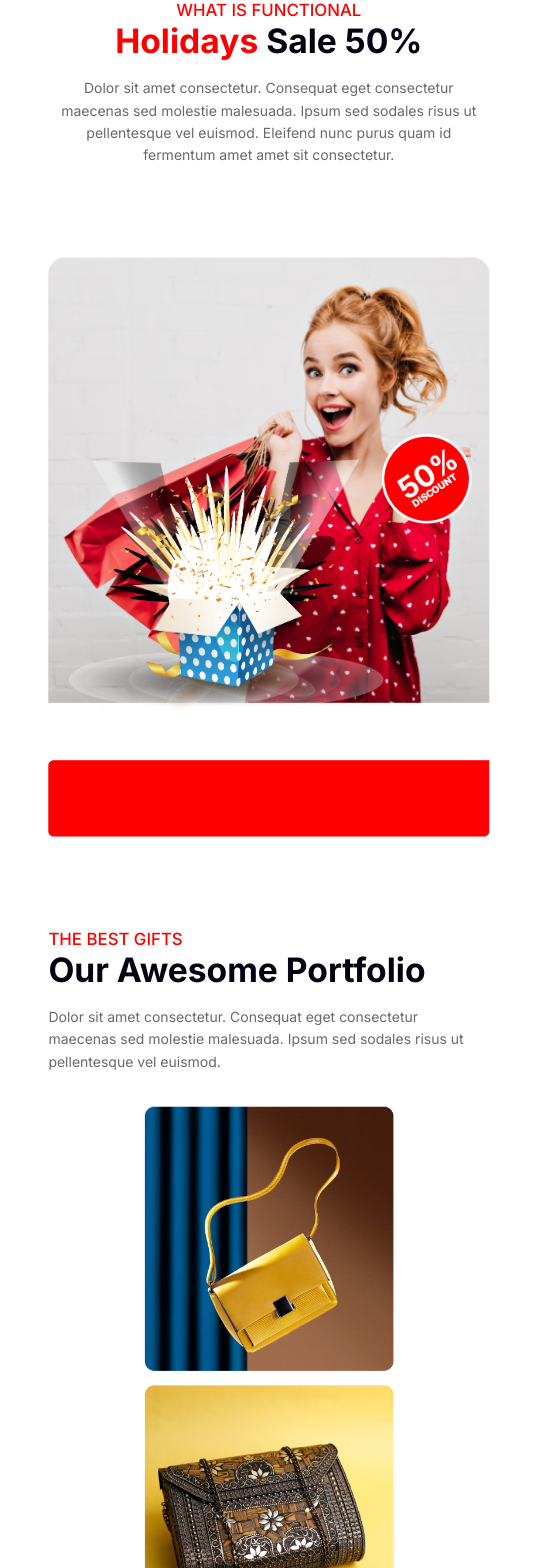
Repository: ShouravAhammed/simple-responsive-new-year
Page: index.html
An editor plug-in stored every save of this project. The page is shown before and after the next save, followed by the edit.
The browser window is 768 px wide. The pictures show the part of the page from y = 0 to 2240 px (the page is 5500 px tall), at 70% of full size.

Above is the page before, as saved 2024-01-11 18:40:10.

### index.html
<!DOCTYPE html>
<html lang="en">
<head>
    <meta charset="UTF-8">
    <meta name="viewport" content="width=device-width, initial-scale=1.0">
    <!-- Title  -->
    <title>New Year 2024</title>
    <!-- favicon icon linked -->
    <link rel="shortcut icon" href="images/New Year Photo.png" type="image/x-icon">
    <!-- style css linked-->
    <link rel="stylesheet" href="Style/style.css">
</head>
<body>
    <!-- header part  -->
    <header class="hide">
        <!-- banner section part -->
        <section id="banner">
            <div class="container">
                <div class="banner-container">
                    <div class="banner-content">
                        <h3 class="celebration">Happy New Year</h3>
                        <h2 class="banner-title">New Year Party Celebration</h2>
                    </div>
                </div>
            </div>
        </section>
    </header>
    <!-- main part -->
    <main>
        <!-- categories section part  -->
            <section id="categories hide" class="hide">
                <div class="container">
                    <div class="categories-container">
                        <h2 class="categories-discount">65% OFF</h2>
                        <p class="primary-summery">OUR HOLIDAY DEALS ARE BETTER</p>
                        <h3 class="categories-title">ALL CATEGORIES</h3>
                        <div class="categories-img">
                            <img id="new-year-img" src="images/New Year Photo.png" alt="Happy New Year">
                        </div>
                    </div>
                </div>
            </section>

            <!-- party-banner section part -->
            <section id="party-banner" class="hide">
                <div class="container">
                    <div class="party-container">
                        <div class="party-content">
                            <h2 class="party-title">Welcome to midnight party</h2>
                            <p class="party-description">Dolor sit amet consectetur. Consequat eget consectetur maecenas sed molestie malesuada. Ipsum sed sodales risus ut pellentesque vel euismod. </p>
                            <button id="join-now-btn">JOIN NOW</button>
                        </div>
                        <img class="party-img" src="images/icon/Group 70.png" alt="party-img">
                    </div>
                </div>
            </section>
            <!-- Announce section part -->
            <section id="announce" class="hide">
                <div class="container">
                    <div class="announce-content">
                        <h4 class="announce-title"><span class="title-color">Place:</span> New Park Hotel</h4>
                        <h4 class="announce-title"><span class="title-color">Date:</span> 31 December Night 2023</h4>
                        <h4 class="announce-title"><span class="title-color">Time:</span> Evening 7.30 pm to 12.30 am</h4>
                        <button class="announce-btn">Join Now</button>
                    </div>
                </div>
            </section>
            <!-- best offer section part -->
            <section id="best-offer" class="hide">
                <div class="container">
                    <div class="best-offer-container">
                        <div class="best-offer-content">
                            <p class="primary-summery">NEW BEST OFFER</p>
                            <h3 class="similer-title">Coming Soon</h3>
                            <p class="similer-description">Dolor sit amet consectetur. Consequat eget consectetur maecenas sed molestie malesuada. Ipsum sed sodales risus ut pellentesque vel euismod. </p>
                        </div>
                        <div class="best-offer-img-content">

                                <img class="best-offer-img" src="images/Ellipse 1.png" alt="best-offer-images">

                        </div>
                        <div class="best-offer-year-content">
                            <h3 class="best-offer-year">2024</h3>
                            <p class="best-offer-description">Dolor sit amet consectetur. Consequat eget consectetur maecenas sed.</p>
                            <img class="best-offer-year-img" src="images/icon/Group 96.png" alt="best-offer-year-img">
                        </div>
                    </div>
                </div>
            </section>
            <!-- holiday section part  -->
            <section id="holiday">
                <div class="container">
                    <div class="holiday-container">
                        <div class="holiday-content">
                            <p class="primary-summery">WHAT IS FUNCTIONAL</p>
                        <h3 class="similer-title"><span class="title-color">Holidays</span> Sale 50%</h3>
                        <p class="similer-description">Dolor sit amet consectetur. Consequat eget consectetur maecenas sed molestie malesuada. Ipsum sed
                            sodales risus ut pellentesque vel euismod. Eleifend nunc purus quam id
                            fermentum amet amet sit consectetur.</p>
                        </div>
                        <div class="holiday-back-img">
                            <div class="holiday-gift-content">
                                <img src="images/icon/Group 75.png" alt="">
                            </div>
                            <div class="holiday-discount-content">
                                <img src="images/icon/Group 44.png" alt="">
                            </div>
                        </div>
                        <div class="holiday-bottom">
                            <img src="images/Rectangle 2.png" alt="">
                        </div>
                    </div>
                </div>
            </section>
            <!-- Portfolio section part -->

            <section id="portfolio">
                <div class="container">
                    <div class="portfolio-container">
                        <div class="portfolio-box">
                            <p class="primary-summery">THE BEST GIFTS</p>
                            <h3 class="similer-title">Our Awesome Portfolio</h3>
                            <p class="similer-description description-padd">Dolor sit amet consectetur. Consequat eget consectetur maecenas sed molestie malesuada. Ipsum sed sodales risus ut pellentesque vel euismod. </p>
                        </div>
                            <div class="portfolio-content">
                                <img class="portfolio-img" src="images/Portfolio images/Rectangle 3.png" alt="">
                                <img class="portfolio-img" src="images/Portfolio images/Rectangle 4.png" alt="">
                                <img class="portfolio-img" src="images/Portfolio images/Rectangle 5.png" alt="">
                            </div>
                            <div class="portfolio-content">
                                <img class="portfolio-img" src="images/Portfolio images/Rectangle 6.png" alt="">
                                <img class="portfolio-img" src="images/Portfolio images/Rectangle 7.png" alt="">
                                <img class="portfolio-img" src="images/Portfolio images/Rectangle 8.png" alt="">
                            </div>
                        </div>
                    </div>
            </section>
            <!-- newsletter section part -->
            <section id="newsletter">
                <div class="container">
                    <div class="news-container">
                        <div class="news-content">
                            <img src="images/icon/Group 61.png" alt="">
                            <h3 class="similer-title">Subscribe Newsletter</h3>
                            <p class="similer-description description-mar">Dolor sit amet consectetur. Consequat eget consectetur maecenas sed molestie malesuada. Ipsum sed sodales risus ut pellentesque vel euismod. </p>
                            <form class="form" action="">
                                <input type="email" placeholder="user@gmail.com" alt="email" id="">
                                <button class="subscribe-btn">Subscribe</button>
                            </form>
                        </div>

                    </div>
                </div>
            </section>
    </main>
    <!--  footer part -->
    <footer>
        <section id="footer">
            <div class="container">
                <div class="footer-describe-part line-color">
                    <div class="footer-address">
                        <p class="address-similer">44, Big Building Roosevelt Street</p>
                        <p class="address-similer">Beach Gardens Florida 33410</p>
                    </div>
                    <div class="footer-address">
                        <div class="call-icon">
                            <img src="images/icon/Call.png" alt="">
                            <a class="address-similer">+00 123 584 124</a>
                        </div>
                        <div class="website-icon">
                            <img src="images/icon/Website.png" alt="">
                            <a class="address-similer">www.website.com</a>
                        </div>
                    </div>
                </div>

                <div class="footer-social line-color">
                    <a href=""><img src="images/icon/Facebook.png" alt=""></a>
                    <a href=""><img src="images/icon/Instagram.png" alt=""></a>
                    <a href=""><img src="images/icon/Twitter.png" alt=""></a>
                    <a href=""><img src="images/icon/Linkedin.png" alt=""></a>
                </div>

                <div class="reserved">
                    <p>2017, All Rights Reserved.</p>
                    <p>Unsubscribe</p>
                </div>
            </div>
        </section>
    </footer>
</body>
</html>

### Style/style.css
/* import google fonts */
@import url('https://fonts.googleapis.com/css2?family=Inter:wght@100;200;300;400;500;600;700;800;900&family=Merriweather:ital,wght@0,300;0,400;0,700;0,900;1,300;1,400;1,700;1,900&display=swap');

*{
    margin: 0;
    padding: 0;
    outline: 0;
}

.container{
    width: 82%;
    margin: 0 auto;
}
/* primary content */
.primary-summery{
    font-family: Inter;
    font-size: 24px;
    font-style: normal;
    font-weight: 500;
    color: #F00;
    line-height: normal;
}
/* title-color */
.title-color{
    color: #F00;
}
/* banner section related css style */
#banner{
    margin-top: 30px;
}
.banner-container{
    background-image: linear-gradient(180deg, #070211 0%, rgba(7, 2, 17, 0.00) 100%), url(../images/Banner\ Image.png);
    background-size: cover;
    background-repeat: no-repeat;
    background-position: center;
    border-radius: 16px;
    padding: 177px 0px;
}
.banner-container .banner-content{
    width: 632px;
    margin: 0 auto;
}
.banner-container .banner-content .celebration{
    color: #FFF;
    text-align: center;
    font-family: Merriweather;
    font-size: 32px;
    font-style: normal;
    font-weight: 400;
    line-height: normal;
    margin-bottom: 16px;
    z-index: 99;
}
.banner-container .banner-content .banner-title{
    color: #FFF;
    text-align: center;
    font-family: Merriweather;
    font-size: 72px;
    font-style: normal;
    font-weight: 900;
    line-height: 95px;
}
/* categories section related css style */

#categories{
    margin: 120px 0px;
}
.categories-container{
    text-align: center;
}
.categories-container .categories-discount{
    font-family: Inter;
    font-size: 88px;
    font-style: normal;
    font-weight: 700;
    color: #F00;
    line-height: normal;
    margin-bottom: 48px;
}

.categories-title{
    font-family: Inter;
    font-size: 48px;
    font-style: normal;
    font-weight: 700;
    color: #070211;
    line-height: normal;
    margin-bottom: 48px;
}
.categories-container .categories-img{
    width: 800px;
    margin: 0 auto;
}
.categories-img #new-year-img{
    max-width: 100%;
}

/* party-banner section css style  */
#party-banner{

}
.party-container{
    background-image: linear-gradient(90deg, #070211 0%, rgba(7, 2, 17, 0.00) 100%), url(../images/Vectorrr.png);
    background-position: center;
    background-repeat: no-repeat;
    background-size: cover;
    display: flex;
    align-items: center;
    justify-content: space-between;
    border-radius: 16px;
    padding: 70px 70px;
}
.party-container .party-content{
    width: 900px;
}
.party-content .party-title{
    font-family: Merriweather;
    font-size: 64px;
    font-style: normal;
    font-weight: 900;
    color: #FFF;
    line-height: 88px;
    letter-spacing: 3px;
}
.party-content .party-description{
    font-family: Inter;
    font-size: 18px;
    font-style: normal;
    font-weight: 400;
    color: rgba(255, 255, 255, 0.80);
    line-height: 30px;
    margin-top: 20px;
}
#join-now-btn{
    font-family: Inter;
    font-size: 20px;
    font-style: normal;
    font-weight: 700;
    color: #FFF;
    background: transparent;
    line-height: normal;
    text-transform: uppercase;
    border: none;
    cursor: pointer;
    margin-top: 48px;
    margin-left: 32px;
}
.party-container .party-img{
    width: 270px;
    max-width: 100%;
}

/* Announce section css style */

#announce{
    margin: 120px 0px;
}
.announce-content{
    background: linear-gradient(180deg, rgba(255, 0, 0, 0.10) 0%, rgba(255, 0, 0, 0.00) 100%);
    padding: 100px 0;
    text-align: center;
}
.announce-content .announce-title{
    color: #070211;
    font-family: Inter;
    font-size: 32px;
    font-style: normal;
    font-weight: 600;
    line-height: 56px;
    text-transform: capitalize;
}
.announce-btn{
    font-family: Inter;
    font-size: 20px;
    font-style: normal;
    font-weight: 700;
    line-height: normal;
    color: #FFF;
    text-align: center;
    text-transform: uppercase;
    border-radius: 8px;
    background: #F00;
    padding: 16px 32px;
    border: none;
    cursor: pointer;
    transition: all ease 0.5s;
    margin-top: 48px;
}
.announce-btn:hover{
    background: #fff;
    color: #f00;
    outline: 1px solid #F00;
}
/* best-offer section style css */
#best-offer{
    margin-bottom: 128px;
}
.similer-title{
    font-family: Inter;
    font-size: 48px;
    font-style: normal;
    font-weight: 700;
    color: #070211;
    line-height: normal;
}
.similer-description{
    font-family: Inter;
    font-size: 20px;
    font-style: normal;
    font-weight: 400;
    color: rgba(7, 2, 17, 0.60);
    line-height: 32px;
    margin-top: 22px;
}
.best-offer-container{
    display: flex;
    align-items: center;
    gap: 20px;
}
.best-offer-content{
    width: 700px;
}
.best-offer-img-content{
    min-height: 350px;
    min-width: 350px;
    border: 15px solid #f00;
    border-radius: 50%;
    position: relative;
    position: relative;
}
.best-offer-img-content .best-offer-img{
    position: absolute;
    width: 270px;
    inset: 41px;
}
.best-offer-year-content .best-offer-year{
    font-family: Inter;
    font-size: 48px;
    font-style: normal;
    font-weight: 700;
    color: #F00;
    line-height: normal;
    margin-top: 65px;
}
.best-offer-year-content .best-offer-description{
    margin-top: 10px !important;

}
.best-offer-year-content{
    width: 500px;
}
.best-offer-year-content .best-offer-year-img{
    max-width: 140px;
    margin-top: 38px;
}


/*  portfolio section css style */
.portfolio-container{

}
.portfolio-container .description-padd{
    margin-bottom: 48px ;
}
.portfolio-container .portfolio-content{
    display: flex;
    align-items: center;
    justify-content: space-between;
    margin-top: 20px;
}
.portfolio-box{
    width: 896px;
}
.portfolio-container .portfolio-content .portfolio-img{
    max-width: 355px;
    transition: all ease 0.5s;
}
.portfolio-content .portfolio-img:hover{
    filter: grayscale(1);
    transform: scale(1.05);
}
/* newsletter section css style  */
#newsletter{
    margin: 128px 0px;
}
.news-container{
    border-radius: 16px;
    background: rgba(255, 0, 0, 0.05);
    padding: 80px 0px;
}
.news-content{
    width: 896px;
    margin: 0 auto;
    text-align: center;
}
.news-content img{
    width: 150px;
    height: 150px;
}
.form{
    width: 648px;
    height: 72px;
    display: flex;
    margin: 0 auto;
}
.form input{
    background: #fff;
    width: 438px;
    flex-grow: 1;
    color: rgba(7, 2, 17, 0.30);
    font-family: Inter;
    font-size: 18px;
    font-style: normal;
    font-weight: 400;
    line-height: normal;
    padding-top: 25px;
    padding-bottom: 25px;
    padding-left: 30px;
    border: none;
    border-radius: 50px 0px 0px 50px;
    outline: 1px transparent;
    transition: all ease 0.5s;
}
.form input:hover{
    outline: 1px solid #f00;
}
.form .subscribe-btn{
    color: #FFF;
    font-family: Inter;
    font-size: 20px;
    font-style: normal;
    font-weight: 600;
    line-height: normal;
    text-transform: capitalize;
    border-radius: 0px 50px 50px 0px;
    background: #F00;
    padding: 24px 56px;
    border: none;
    transition: all ease 0.5s;
}
.form .subscribe-btn:hover{
    outline: 1px solid #f00;
    background: #fff;
    color: #f00;
}
.description-mar{
    margin-bottom: 48px;
}
/* footer section part css style */

#footer{
    background: #070211;
    padding: 120px 0;
}
.line-color{
    border-bottom: 1px solid rgba(255, 255, 255, 0.15);
}
.footer-describe-part{
    display: flex;
    justify-content: space-between;
}
.footer-address{
    margin-bottom: 50px;
}
.footer-address .address-similer {
    color: #FFF;
    font-family: Inter;
    font-size: 24px;
    font-style: normal;
    font-weight: 500;
    line-height: 40px;
    text-decoration: none;
    cursor: pointer;
}
.call-icon, .website-icon{
    display: flex;
    align-items: center;
}
.call-icon img, .website-icon img{
    width: 24px;
    margin-right: 15px;
}

.footer-social{
    text-align: center;
    padding: 48px 0;
}
.footer-social a{
    width: 64px;
    margin-right: 24px;
}
.footer-social a:hover{
    filter: grayscale(1);
}

.reserved{
    display: flex;
    justify-content: space-between;
    align-items: center;
    margin-top: 50px;
}
.reserved p{
    color: #FFF;
    font-family: Inter;
    font-size: 24px;
    font-style: normal;
    font-weight: 500;
    line-height: normal;
}



/* holiday section css style */
#holiday{
    margin-bottom: 128px;
}
.holiday-container{
    text-align: center;
}
.holiday-container .holiday-content{
    width: 920px;
    margin: 0 auto;
}
.holiday-back-img{
    display: flex;
    align-items: center;
    margin-top: 48px;
    background-image: url(../images/Rectangle\ 1.png);
    background-repeat: no-repeat;
    background-size: contain;
    height: 60vh;
    background-position: bottom right;
}
.holiday-back-img .holiday-gift-content {
    width: 600px;
    position: relative;
    bottom: -110px;
    left: 50px;
}
.holiday-back-img .holiday-gift-content img{
    max-width: 100%;
}
.holiday-back-img .holiday-discount-content{
    width: 250px;
}
.holiday-back-img .holiday-discount-content img{
    max-width: 100%;
}
.holiday-bottom img{
    width: 100%;
}


/* responsive */
.hide{
    display: none;
}
@media screen and (max-width: 576px){
    .similer-description {
        padding: 0px 10px;
    }
    .news-content, .portfolio-box, .form, .form input {
        width:  100%;
    }
    .form .subscribe-btn {
        padding: 24px 20px;
    }
    .best-offer-container, .best-offer-container, .portfolio-container .portfolio-content, .footer-describe-part {
        flex-direction: column;
    }
    .footer-social a {
        margin-right: 10px;
    }
    .reserved {
        margin-top: 50px;
        flex-direction: column;
    }
    .portfolio-container .portfolio-content .portfolio-img {
        width: 100%;
    }
    .portfolio-container .portfolio-content {
        gap: 20px;
    }
    .holiday-container .holiday-content {
        width: 100%;
    }
    .holiday-back-img {
        height: 38vh;
    }
    .best-offer-content, .best-offer-year-content {
        width: 100%;
    }
    .announce-content {
        padding: 40px 0;
    }
    .announce-content .announce-title {
        font-size: 18px;
        font-weight: 600;
    }
    .party-container .party-content {
        width: 100%;
    }
    .party-container {
        flex-direction: column;
        padding: 30px 15px;
    }
    .party-container {
        background-position: 85%;
    }
    .party-content .party-title {
        font-size: 32px;
        line-height: 45px;
    }
    #join-now-btn {
        margin-top: 20px;
    }
    .party-container .party-img {
        width: 50%;
        margin-top: 40px;
    }


    .primary-summery {
        font-size: 20px;
    }
    .categories-title {
        font-size: 39px;
    }
    .categories-container .categories-discount {
        font-size: 56px;
        margin-bottom: 12px;
    }
    .categories-container .categories-img {
        width: 100%;
    }
    .categories-img #new-year-img {
        width: 100%;
    }
    .banner-container .banner-content {
        width: 100%;
    }
    .banner-container {
        background-position: 13%;
        border-radius: 16px;
        padding: 120px 0px;
    }
    .banner-container .banner-content .banner-title {
        font-size: 40px;
        line-height: 60px;
    }

}

@media screen and (min-width: 577px) and (max-width: 768px) {


    .holiday-back-img .holiday-gift-content {
        width: 100%;
        bottom: -157px;
        left: 28px;
    }
    .holiday-back-img {
        margin-top: 48px;
        height: 100vh;
        background-position: center;
    }
    .best-offer-container, .best-offer-container, .portfolio-container .portfolio-content {
        flex-direction: column;
    }

    .portfolio-container .portfolio-content {
        flex-direction: column;
        gap: 20px;
    }
    .news-content, .portfolio-box, .form, .form input {
        width:  100%;
    }
    .holiday-container .holiday-content {
        width: 100%;
    }
    .holiday-container .holiday-content {
        width: 100%;
    }
    .portfolio-container .portfolio-content .portfolio-img {
        width: 100%;
    }
    .best-offer-content, .best-offer-year-content {
        width: 100%;
    }
    .party-container .party-content {
        width: 100%;
    }
    .categories-container .categories-img {
        width: 100%;
    }
    .categories-img #new-year-img {
        width: 100%;
    }
    .banner-container .banner-content {
        width: 100%;
    }
    .news-container {
        border-radius: 16px;
        background: rgba(255, 0, 0, 0.05);
        padding: 50px 35px;
    }
    .footer-describe-part {
        flex-direction: column;
    }
}
@media screen and (min-width: 769px) and (max-width: 992px){



    .holiday-back-img .holiday-gift-content {
        width: 100%;
        bottom: -104px;
        left: 78px;
    }
    .holiday-back-img .holiday-discount-content img {
        max-width: 40%;
    }
    .holiday-back-img .holiday-discount-content {
        width: 100%;
    }
    .news-content, .portfolio-box, .form, .form input {
        width:  100%;
    }
    .holiday-container .holiday-content {
        width: 100%;
    }
    .holiday-container .holiday-content {
        width: 100%;
    }
    .portfolio-container .portfolio-content .portfolio-img {
        width: 100%;
    }
    .best-offer-content, .best-offer-year-content {
        width: 100%;
    }
    .party-container .party-content {
        width: 100%;
    }
    .categories-container .categories-img {
        width: 100%;
    }
    .categories-img #new-year-img {
        width: 100%;
    }
    .banner-container .banner-content {
        width: 100%;
    }
    .portfolio-container .portfolio-content {
        gap: 20px;
        flex-wrap: wrap;
        flex-direction: column;
    }
    .news-container {
        padding: 80px 30px;
    }

}

After the next save:
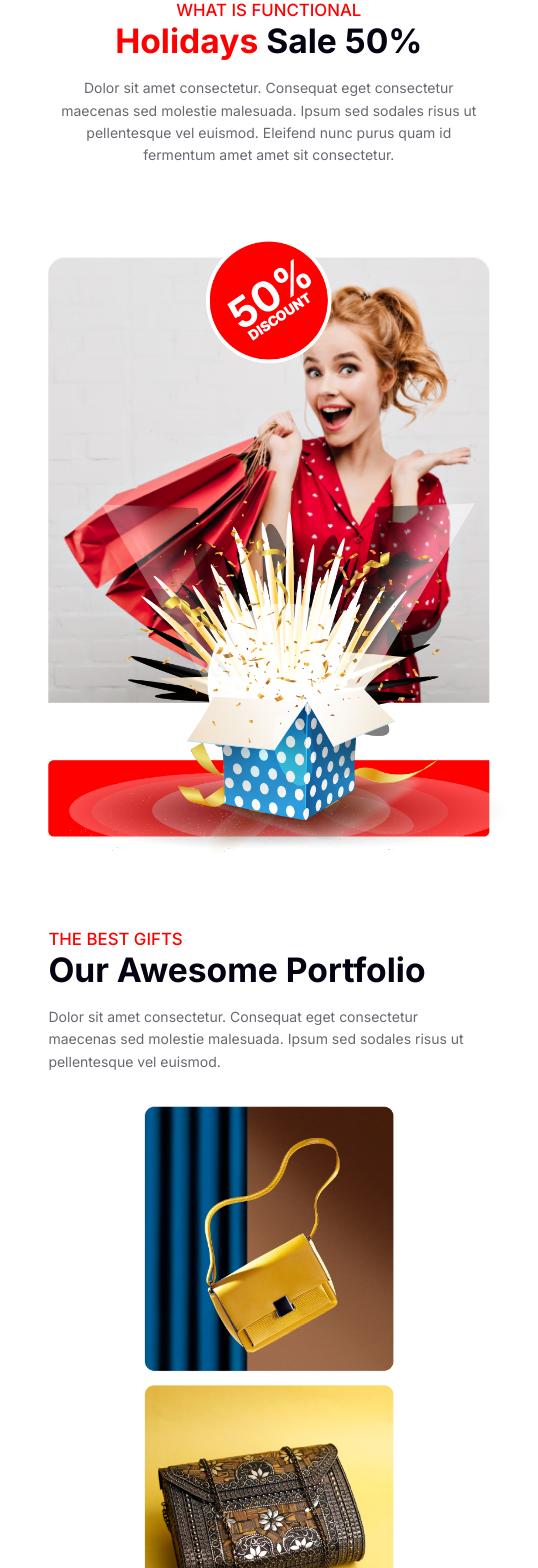
Saved 4 min 49 s later.
--- a/Style/style.css
+++ b/Style/style.css
@@ -553,16 +553,21 @@
 
 @media screen and (min-width: 577px) and (max-width: 768px) {
 
-
-    .holiday-back-img .holiday-gift-content {
-        width: 100%;
-        bottom: -157px;
-        left: 28px;
-    }
     .holiday-back-img {
         margin-top: 48px;
         height: 100vh;
         background-position: center;
+        flex-direction: column-reverse;
+    }
+    .holiday-back-img .holiday-gift-content {
+        width: 100%;
+        bottom: -157px;
+        left: 28px;
+    }
+    .holiday-back-img {
+        margin-top: 48px;
+        height: 100vh;
+        background-position: center;
     }
     .best-offer-container, .best-offer-container, .portfolio-container .portfolio-content {
         flex-direction: column;
